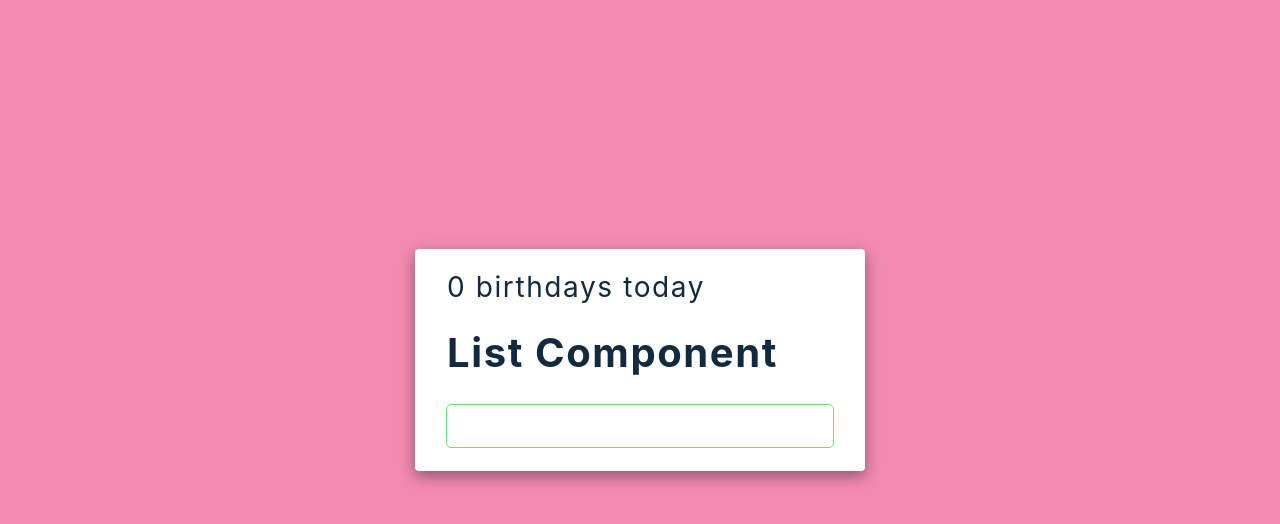
Repository: bodescuanamariia/birthday-reminder
Page: /
The author's editor kept a copy of each file at every save. The page is drawn from the files as they stood at one save, then again after the next save.
The browser window is 1280 px wide. The pictures show the whole page.
The project was rebuilt for these pictures with package versions that can differ from the ones it lists, and the page was loaded fresh each time. Imported but missing from the stored project, and not drawn on this page: src/data.

Above is the page before, as saved 2022-04-14 14:35:40.

After the next save:
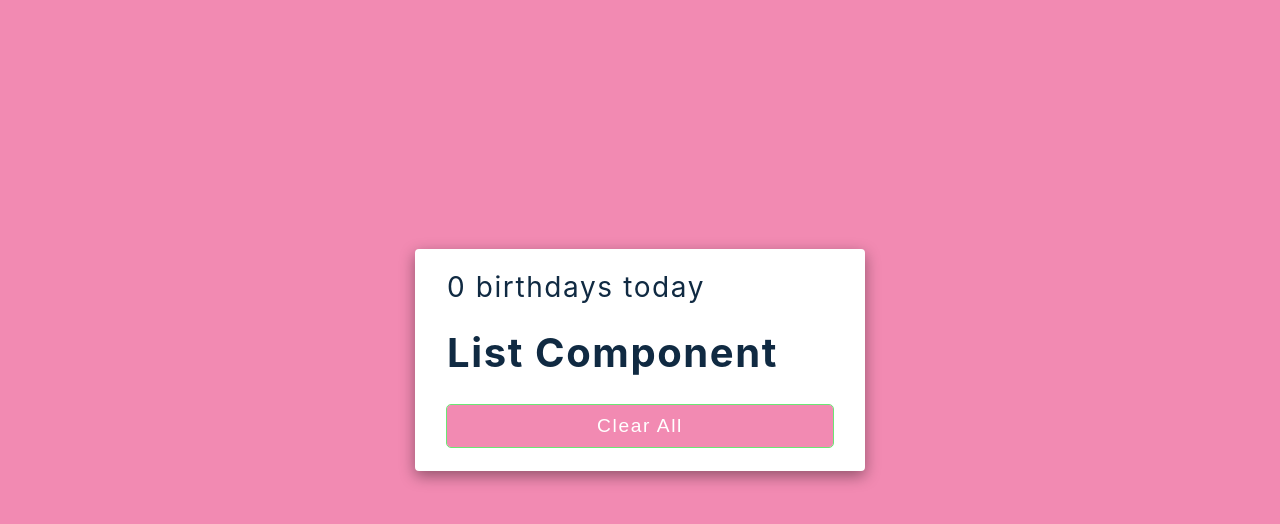
Saved 20 s later.
--- a/src/index.css
+++ b/src/index.css
@@ -152,7 +152,7 @@ main {
 }
 .container button {
   color: var(--clr-white);
-  background: var(--clr-pink);
+  background: var(--clr-pink-dark);
   display: block;
   width: 100%;
   border-color: transparent;
